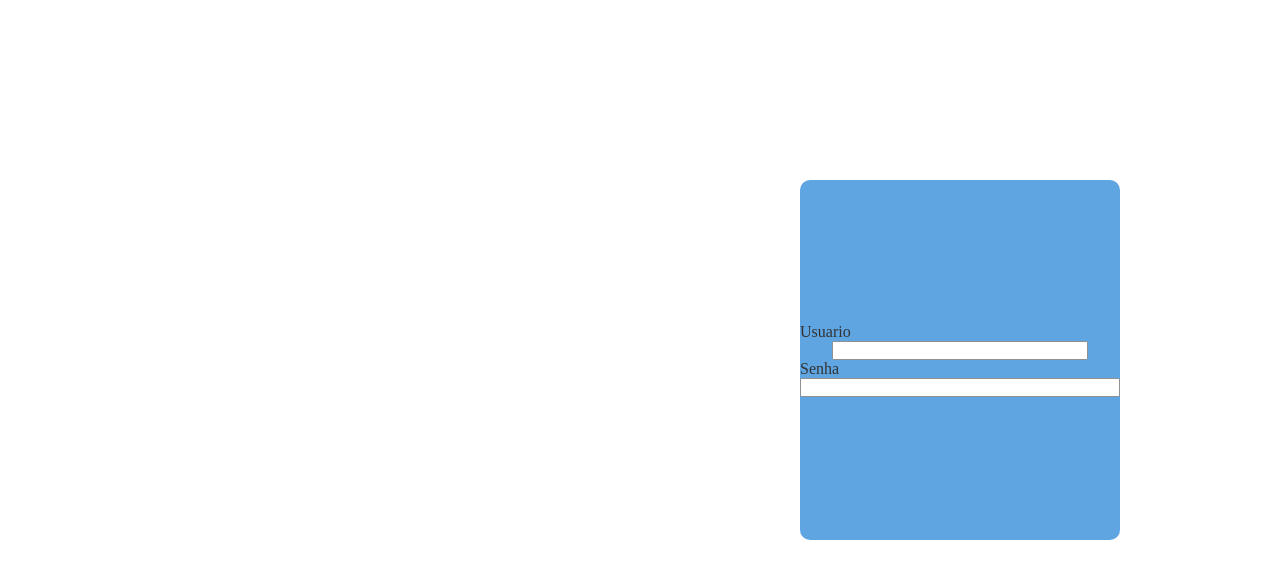
Repository: KevynMarques/Estudos-Reactjs-Firebase
Page: /
An editor plug-in stored every save of this project. The page is shown before and after a run of saves, followed by the edit.
The browser window is 1280 px wide. The pictures show the whole page.
The page's requests for data from a server got no answer. The project was rebuilt for these pictures with package versions that can differ from the ones it lists, and the page was loaded fresh each time. No one was signed in, and anything a server would have sent is missing. Also part of the build but not shown: src/Pages/Page2.jsx.

Above is the page before, as saved 2022-08-23 13:09:35.

### public/index.html
<!DOCTYPE html>
<html lang="pt-BR">
  <head>
    <meta charset="utf-8" />
    <link rel="icon" href="%PUBLIC_URL%/favicon.ico" />
    <meta name="viewport" content="width=device-width, initial-scale=1" />
    <meta name="theme-color" content="#000000" />
    <meta
      name="description"
      content="Web site created using create-react-app"
    />
    <link rel="apple-touch-icon" href="%PUBLIC_URL%/logo192.png" />
    <!--
      manifest.json provides metadata used when your web app is installed on a
      user's mobile device or desktop. See https://developers.google.com/web/fundamentals/web-app-manifest/
    -->
    <link rel="manifest" href="%PUBLIC_URL%/manifest.json" />
    <!--
      Notice the use of %PUBLIC_URL% in the tags above.
      It will be replaced with the URL of the `public` folder during the build.
      Only files inside the `public` folder can be referenced from the HTML.

      Unlike "/favicon.ico" or "favicon.ico", "%PUBLIC_URL%/favicon.ico" will
      work correctly both with client-side routing and a non-root public URL.
      Learn how to configure a non-root public URL by running `npm run build`.
    -->
    <title>Squad</title>
  </head>
  <body>
    <noscript>You need to enable JavaScript to run this app.</noscript>
    <div id="root"></div>
    <!--
      This HTML file is a template.
      If you open it directly in the browser, you will see an empty page.

      You can add webfonts, meta tags, or analytics to this file.
      The build step will place the bundled scripts into the <body> tag.

      To begin the development, run `npm start` or `yarn start`.
      To create a production bundle, use `npm run build` or `yarn build`.
    -->
  </body>
</html>

### src/App.jsx
import React from "react";
import Router from "./Routers/router";
import { GlobalStyle } from "./GlobalStyle";



function App() {
  return (
    <>
    <GlobalStyle/>
      <Router/>
    </>
  );
}

export default App;

### src/Routers/router.jsx
import { BrowserRouter, Routes, Route } from "react-router-dom";
import { Page1 } from "../Pages/Page1";
import { Page2 } from "../Pages/Page2";



export default () => {
  return (
    <>
    <BrowserRouter >
    <Routes >
      <Route path="/" element={<Page1 />} />
      <Route path="/Page2" element={<Page2 />} />
    </Routes>
    </BrowserRouter>
    </>
  );
}

### src/GlobalStyle.jsx

import { createGlobalStyle } from 'styled-components';

export const GlobalStyle = createGlobalStyle`
 * {
   margin: 0;
   padding: 0;
   box-sizing: border-box;
 }
`;

### src/Pages/Page1.jsx
import React from "react";
import { Login } from "../Components/Login/index";


export const Page1 = ()=>{
   return(
    <Login />
   );
}

### src/Components/Login/index.jsx
import React from "react";
import { authConfig } from "../../Auth/config";
import { BoxHome, BoxLogin, InputEmail,
InputSenha, Password, User } from "./style";



export const Login =()=>{
  return (
    <BoxHome>
    <BoxLogin>
       <User>Usuario</User>
       <InputEmail type="email" id="email" name="email" />

       <Password>Senha</Password>
       <InputSenha type="text" id="password" name="password" />

    </BoxLogin>
    </BoxHome>
  )
}

### src/Auth/config.jsx
import * as firebase from 'firebase/app';
import 'firebase/auth';

export const authConfig = firebase.initializeApp({
  apiKey: process.env.REACT_APP_FIREBASE_KEY,
  authDomain: process.env.REACT_APP_FIREBASE_DOMAIN,
  projectId: process.env.REACT_APP_FIREBASE_PROJECT_ID,
  storageBucket: process.env.REACT_APP_FIREBASE_STORAGE_BUCKET,
  messagingSenderId:process.env.REACT_APP_FIREBASE_SENDER_ID,
});

### src/Components/Login/style.jsx
import styled from "styled-components";

export const BoxHome = styled.div`
display: flex;
align-items: center;
justify-content: center;
`;

export const BoxLogin = styled.div`
  width: 25vw;
  height: 50vh;
  background-color: #388fdb;
  opacity: 0.8;
  border-radius: 10px;
  margin-top: 25vh;
  margin-left: 50vw;
  display: flex;
  justify-content:center;
  flex-direction: column;
`;

export const InputEmail = styled.input`
width: 80%;
margin-left: 10%;

`;

export const User = styled.label`

`;


export const InputSenha = styled.input`


`;

export const Password = styled.label`

`;

Loaded but not shown: src/index.js (common file)

After the next 2 saves:
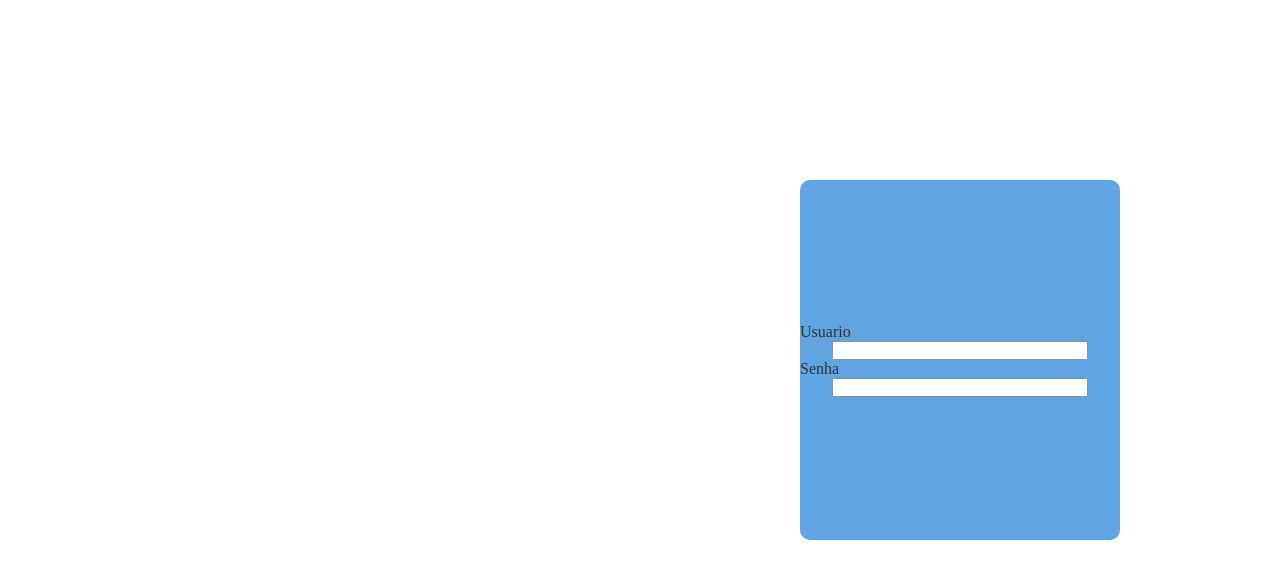
The 2 saves are shown as one change because they came seconds apart.
The last was saved 25 s later.
--- a/src/Components/Login/style.jsx
+++ b/src/Components/Login/style.jsx
@@ -31,8 +31,8 @@ export const User = styled.label`
 
 
 export const InputSenha = styled.input`
-
-
+width: 80%;
+margin-left: 10%;
 `;
 
 export const Password = styled.label`
